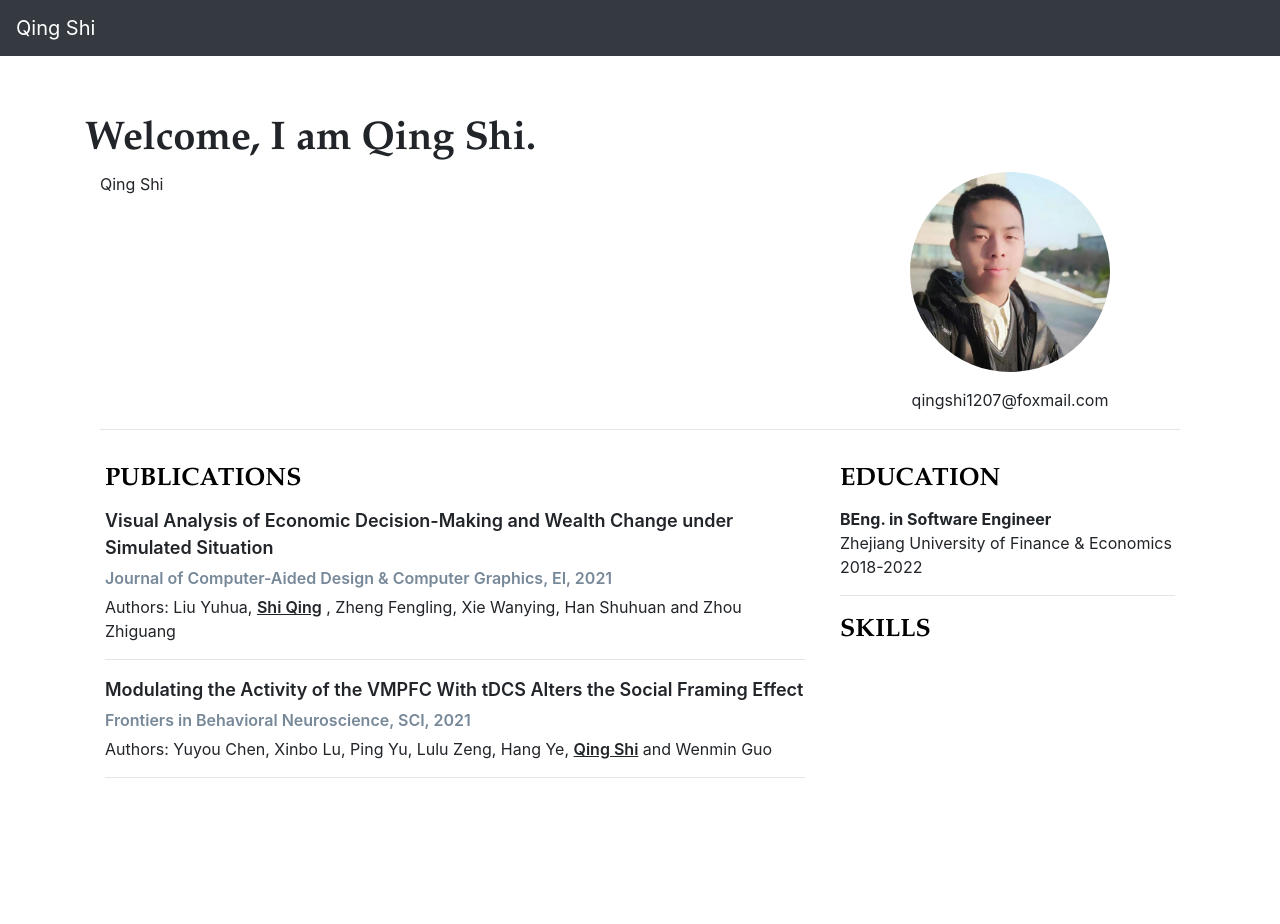
Repository: sqsssq/webpage
Page: index.html
The author's editor kept a copy of each file at every save. The page is drawn from the files as they stood at one save, then again after the next save.
The browser window is 1280 px wide. The pictures show the whole page.
Some web libraries are served in a nearby version.

Above is the page before, as saved 2022-03-28 10:36:41.

After the next save:
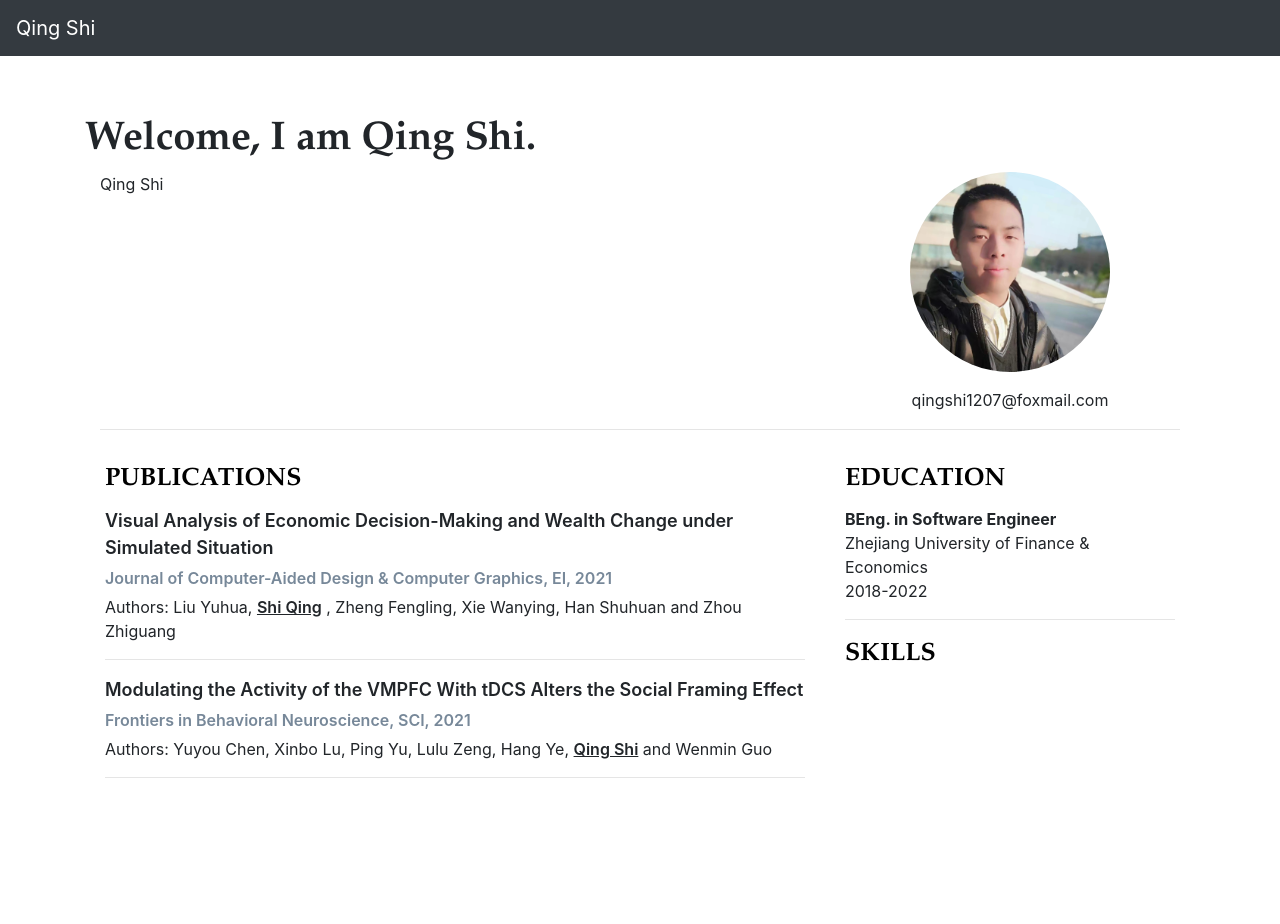
Saved 79 s later.
--- a/index.html
+++ b/index.html
@@ -1,6 +1,6 @@
 <!--
  * @Author: Qing Shi
- * @LastEditTime: 2022-03-28 10:27:08
+ * @LastEditTime: 2022-03-28 10:38:00
  * @Knowledge:
  * @Description: my homepage
  * @Attention:
@@ -90,7 +90,8 @@
                                 <span class="full">Frontiers in Behavioral Neuroscience, SCI, 2021</span>
                             </p>
                             <p class="pauthor">
-                                <span class="author">Authors:&nbsp;Yuyou Chen, Xinbo Lu, Ping Yu, Lulu Zeng, Hang Ye,</span>
+                                <span class="author">Authors:&nbsp;Yuyou Chen, Xinbo Lu, Ping Yu, Lulu Zeng, Hang
+                                    Ye,</span>
                                 <span class="me">Qing Shi</span>
                                 <span class="author"> and Wenmin Guo</span>
                             </p>
@@ -99,7 +100,7 @@
                 </div>
                 <hr>
             </div>
-            <div class="col-lg-4" style="padding-right: 20px;">
+            <div class="col-lg-4" style="padding-right: 20px;padding-left: 20px;">
                 <div id="webEducation">
                     <h3 id="titleFont">
                         <!-- ::before -->
